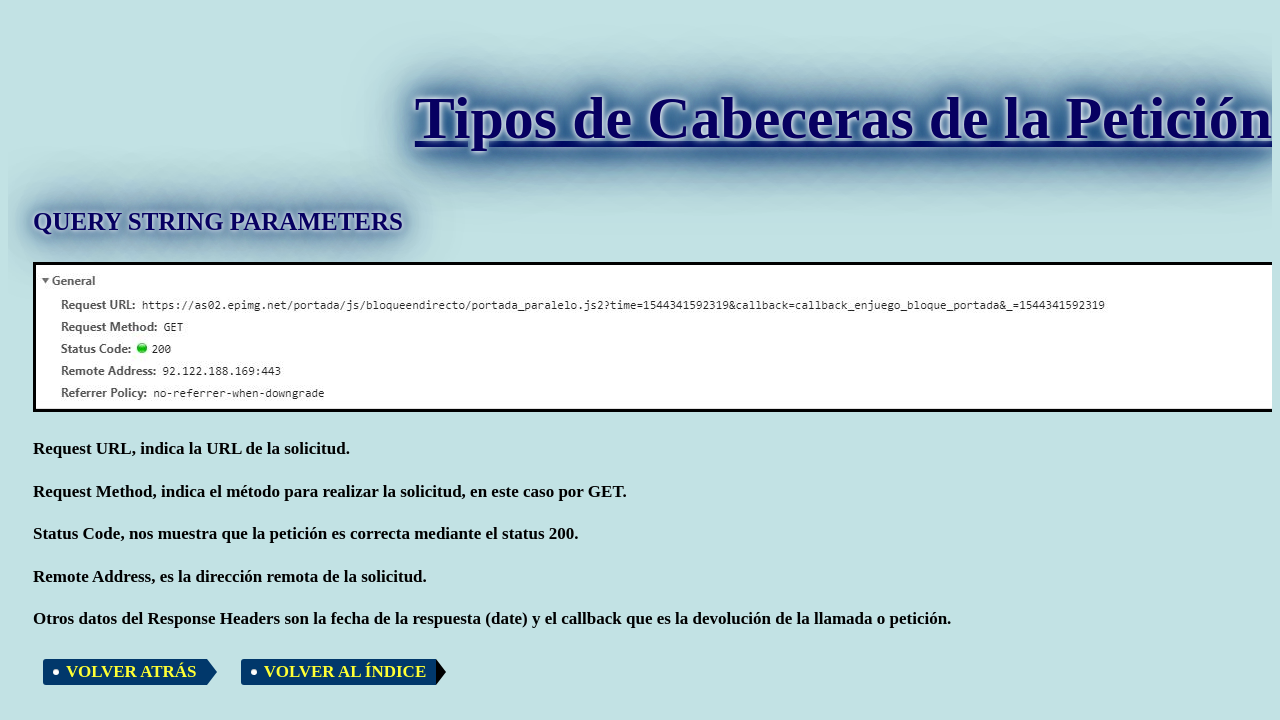
Repository: VictorinoBF97/HerramientasDesarollo
Page: queryStringParameters.html
These files come from the project's save history. The page is drawn as it stood at one moment and after the next save; the edit follows.
The browser window is 1280 px wide. The pictures show the whole page.

Above is the page before, as saved 2018-12-09 09:37:01.
Not found: main.js

### queryStringParameters.html
<!DOCTYPE html>
<html>
<head>
    <meta charset="utf-8" />
    <meta http-equiv="X-UA-Compatible" content="IE=edge">
    <title>QUERY STRING PARAMETERS</title>
    <meta name="viewport" content="width=device-width, initial-scale=1">
    <link rel="stylesheet" type="text/css" media="screen" href="./css/styles.css" />
    <script src="main.js"></script>
    <link href="./iconoPestaña/images/iconoPestaña.png" rel="shortcut icon" type="image/x-icon" />
</head>
    <body>
            <h1><u>Tipos de Cabeceras de la Petición</u></h1>

            <h2>QUERY STRING PARAMETERS</h2>

            <div>
                <img src="./images/general.JPG" border="3"/>
            </div>

            <div>
                <p><strong>Request URL</strong>, indica la URL de la solicitud.</p>
                <p><strong>Request Method</strong>, indica el método para realizar la solicitud, en este caso por GET.</p>
                <p><strong>Status Code</strong>, nos muestra que la petición es correcta mediante el <b>status 200</b>.</p>
                <p><strong>Remote Address</strong>, es la dirección remota de la solicitud.</p>
                <p>Otros datos del <b>Response Headers</b> son la fecha de la respuesta (date) y el <strong>callback</strong> que es la devolución de la llamada o petición.</p>
            </div>

            <a  href="headers.html" target="_self">VOLVER ATRÁS</a>&nbsp;<a href="indice.html" target="_self" class="volver">VOLVER AL ÍNDICE</a>
    </body>

### css/styles.css
@charset "UTF-8";

/* CUERPO DE LA PÁGINA HTML */
html {
  background-color: #c2e2e4;
  overflow: auto;
  overflow-x: scroll; }

/* TÍTULO PRINCIPAL DEL ÍNDICE */
.titulo {
  text-shadow: 0px 0px 5px #989993;
  border: 15px ridge #1E90FF;
  width: 75%;
  text-align:right;}

/* TÍTULOS */
h1 {
  font-size: 60px;
  font-family: 'Futura';
  color: #070061;
  text-shadow: 0 0 5px #fff, 0 0 10px #fff, 0 0 20px #033a75, 0 0 30px #033a75, 0 0 40px #033a75, 0 0 55px #033a75, 0 0 75px #033a75;
  text-align: right; }

h2, h3, h4 {
  font-size: 25px;
  font-family: 'Futura';
  color: #070061;
  text-shadow: 0 0 5px #fff, 0 0 10px #fff, 0 0 20px #033a75, 0 0 30px #033a75, 0 0 10px #033a75, 0 0 55px #033a75, 0 0 75px #033a75; }

/* CUERPO DE LA PÁGINA */
body {
  font: 17px/1.5 'PT Sans', serif;
  font-weight: bold;
  overflow: hidden;
  padding-left: 25px;
  padding-top: 25px; }

/* ÍNDICE */
.indice {
  font-size: 125%; }

/* ENLACES Y REDIRECCIONAMIENTO */
a {
  background: rgb(1, 56, 107);
  border-radius: 3px 0 0 3px;
  color: #ffff33;
  display: inline-block;
  height: 26px;
  line-height: 26px;
  padding: 0 20px 0 23px;
  position: relative;
  margin: 10px 10px 0;
  text-decoration: none;
  -webkit-transition: color 0.2s; }

a::before {
  background: #fff;
  border-radius: 10px;
  box-shadow: inset 0 1px rgba(0, 0, 0, 0.25);
  content: '';
  height: 6px;
  left: 10px;
  position: absolute;
  width: 6px;
  top: 10px; }

a::after {
  background: #c2e2e4;
  border-bottom: 13px solid transparent;
  border-left: 10px solid rgb(1, 56, 107);
  border-top: 13px solid transparent;
  content: '';
  position: absolute;
  right: 0;
  top: 0; }

a:hover {
  background-color: rgb(220,20,60);
  color: #ffffff; }

a:hover::after {
  border-left-color: rgb(220,20,60); }

/* VOLVER AL ├ìNDICE */
.volver::after {
  background: #c2e2e4;
  border-bottom: 13px solid transparent;
  border-left: 10px solid black;
  border-top: 13px solid transparent;
  content: '';
  position: absolute;
  right: 0;
  top: 0; }

.volver:hover {
  background-color: rgb(220,20,60);
  color: #ffffff; }

.volver:hover::after {
  border-right-color: rgb(220,20,60); }

/*# sourceMappingURL=styles.css.map */

After the next save:
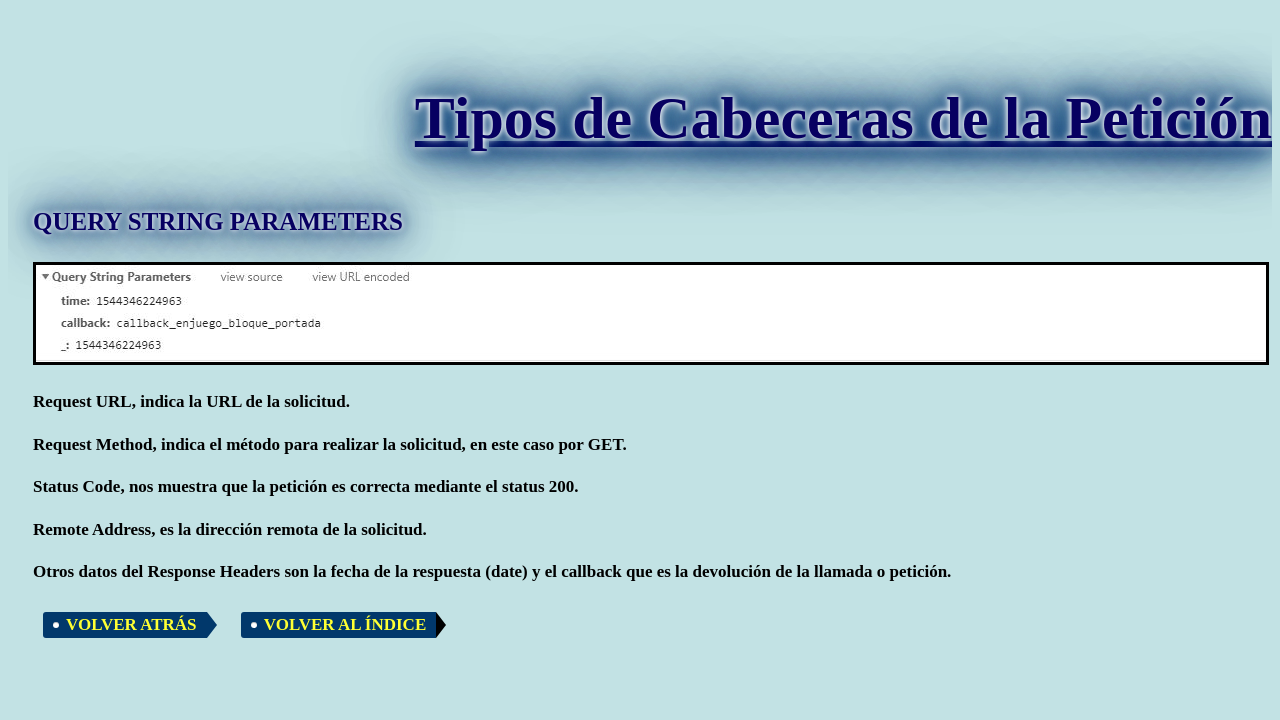
Saved 11 s later.
--- a/queryStringParameters.html
+++ b/queryStringParameters.html
@@ -15,7 +15,7 @@
             <h2>QUERY STRING PARAMETERS</h2>
 
             <div>
-                <img src="./images/general.JPG" border="3"/>
+                <img src="./images/queryStringParameters.JPG" border="3"/>
             </div>
 
             <div>
